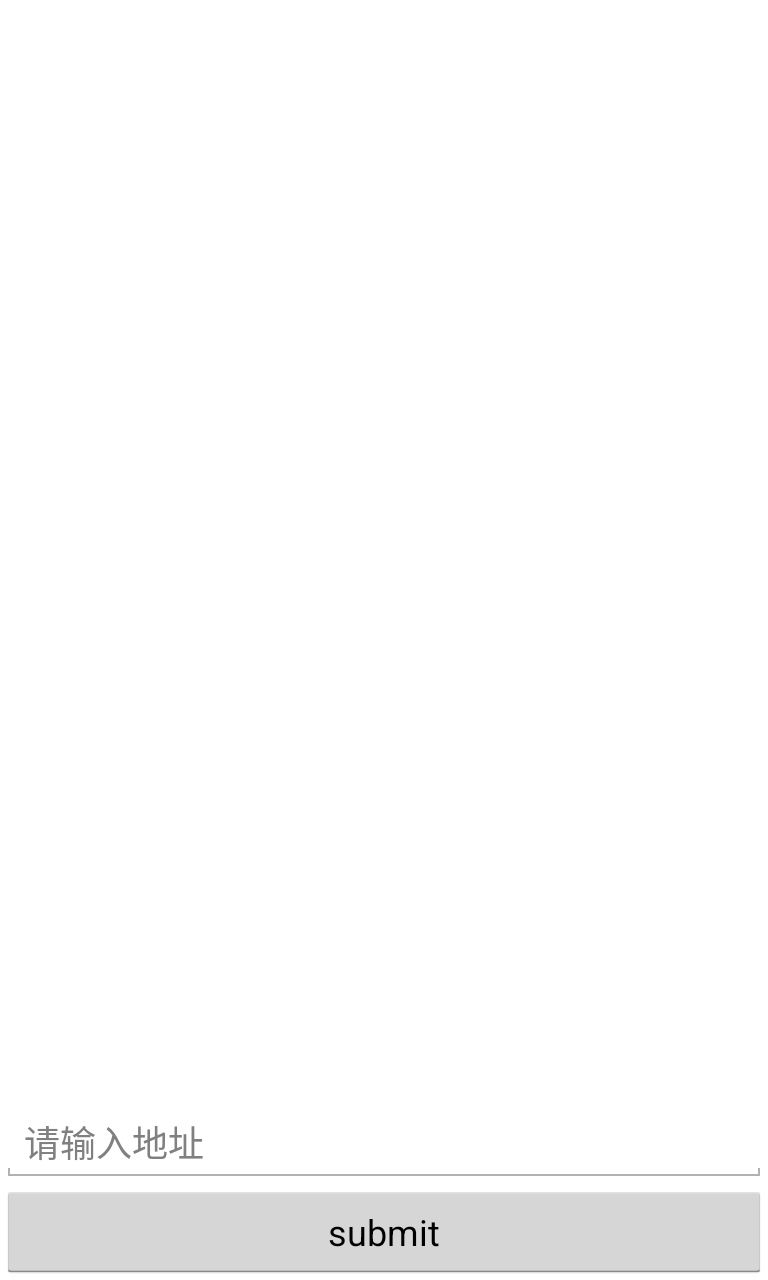
Repository: DongHuaLu/android
Layout: 16ImageViewer/res/layout/activity_main.xml
The author's editor kept a copy of each file at every save. The layout is drawn from the files as they stood at one save, then again after the next save.
It is drawn on a 768 x 1280 px phone screen (xhdpi) without system bars, with theme AppTheme; the app's code is not run.

Above is the layout before, as saved 2013-08-23 09:32:17.

### 16ImageViewer/res/layout/activity_main.xml
<LinearLayout xmlns:android="http://schemas.android.com/apk/res/android"
    xmlns:tools="http://schemas.android.com/tools"
    android:layout_width="match_parent"
    android:layout_height="match_parent"
    android:orientation="vertical"
    tools:context=".MainActivity" >

    <ImageView
        android:id="@+id/iv"
        android:layout_width="fill_parent"
        android:layout_height="fill_parent"
        android:layout_weight="1000" />

    <EditText
        android:id="@+id/et"
        android:layout_width="fill_parent"
        android:layout_height="wrap_content"
        android:hint="请输入地址" />

    <Button
        android:id="@+id/bt"
        android:onClick="click"
        android:layout_width="fill_parent"
        android:layout_height="wrap_content"
        android:text="submit" />

</LinearLayout>

Loaded but not shown: 16ImageViewer/res/values/styles.xml (common file); 16ImageViewer/res/values-v11/styles.xml (common file); 16ImageViewer/res/values-v14/styles.xml (common file)

After the next save:
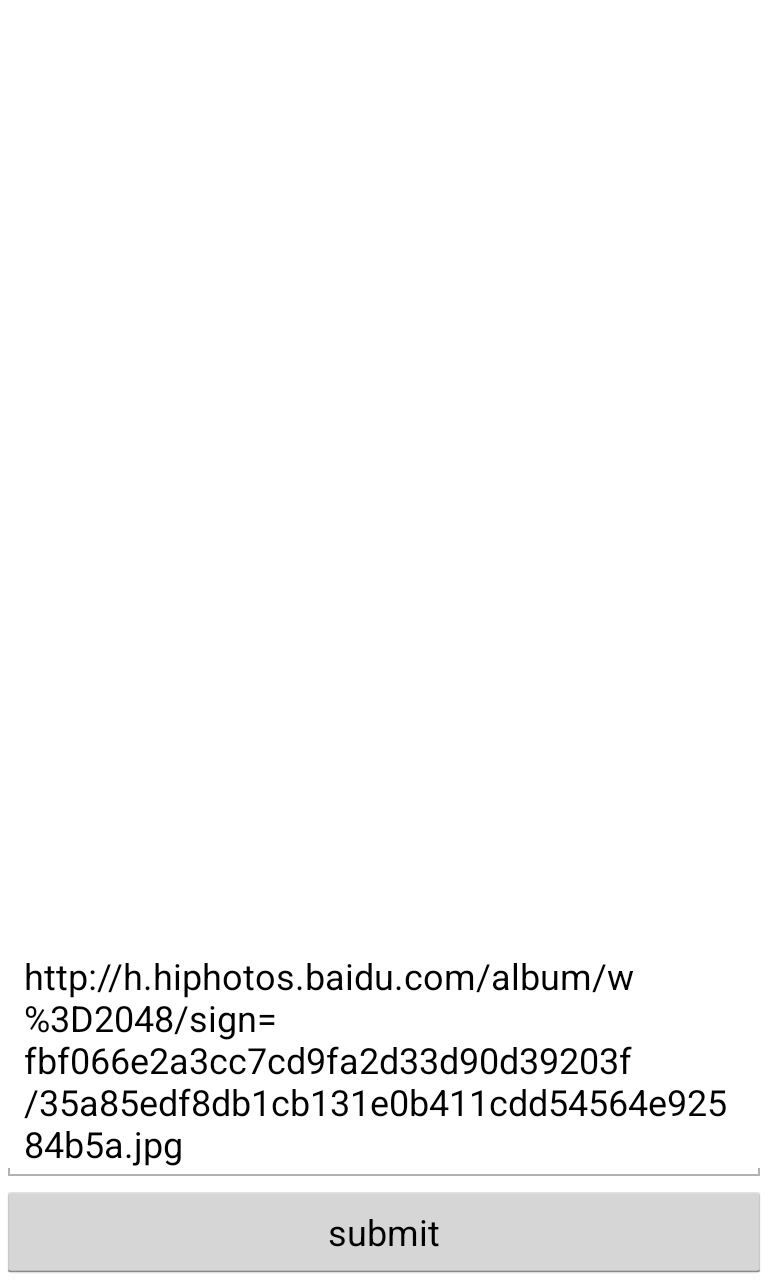
Saved 55 s later.
--- a/16ImageViewer/res/layout/activity_main.xml
+++ b/16ImageViewer/res/layout/activity_main.xml
@@ -12,6 +12,7 @@
         android:layout_weight="1000" />
 
     <EditText
+        android:text="http://h.hiphotos.baidu.com/album/w%3D2048/sign=fbf066e2a3cc7cd9fa2d33d90d39203f/35a85edf8db1cb131e0b411cdd54564e92584b5a.jpg"
         android:id="@+id/et"
         android:layout_width="fill_parent"
         android:layout_height="wrap_content"
